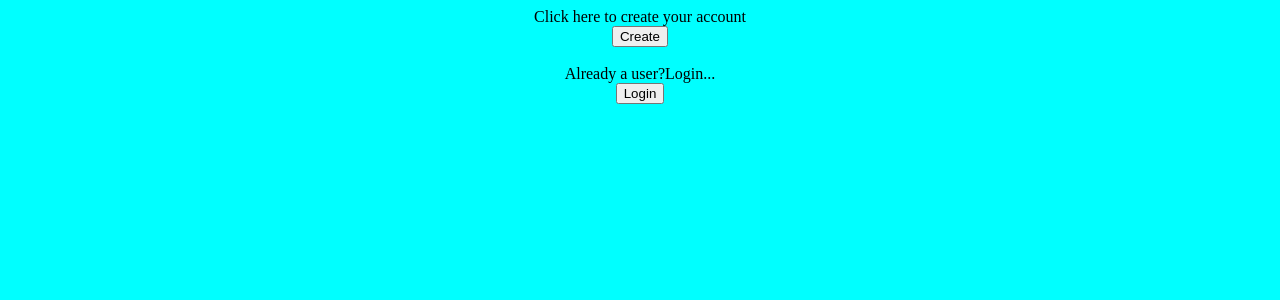
Repository: rosikraj/TurbifyTraining
Page: Wallet/WebContent/button.html
The author's editor kept a copy of each file at every save. The page is drawn from the files as they stood at one save, then again after the next save.
The browser window is 1280 px wide. The pictures show the whole page.

Above is the page before, as saved 2023-09-24 05:39:46.

### Wallet/WebContent/button.html
<!DOCTYPE html>
<html>
<head>
<meta charset="ISO-8859-1">
<title>Insert title here</title>
<script type="text/javascript">
        window.history.forward();
        function noBack() {
            window.history.forward();
        }
    </script>
</head>
<body bgcolor="cyan" text="black">
<center>
<form method="post" action="create.jsp">
Click here to create your account<br>
<input type="submit" name="create" value="Create"><br><br>
</form>
<form method="post" action="login.jsp">
Already a user?Login...<br>
<input type="submit" name="login" value="Login">
</form>
</center>
</body>
</html>

After the next save:
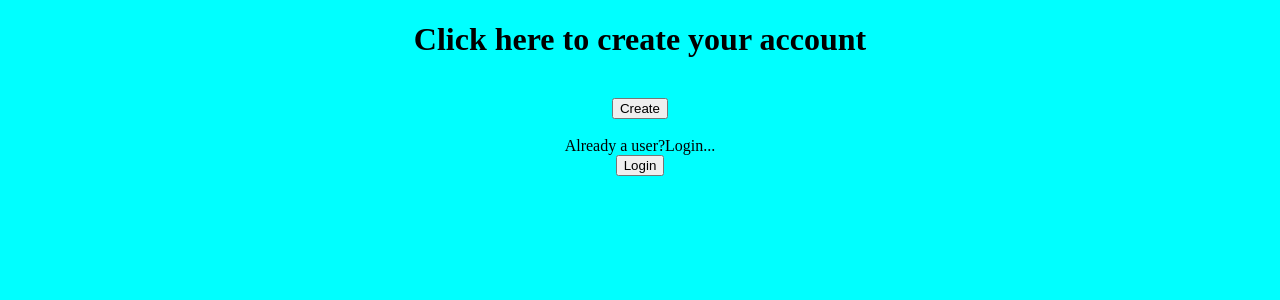
Saved 2 min 35 s later.
--- a/Wallet/WebContent/button.html
+++ b/Wallet/WebContent/button.html
@@ -13,7 +13,7 @@
 <body bgcolor="cyan" text="black">
 <center>
 <form method="post" action="create.jsp">
-Click here to create your account<br>
+<h1>Click here to create your account</h1><br>
 <input type="submit" name="create" value="Create"><br><br>
 </form>
 <form method="post" action="login.jsp">

After the save that followed:
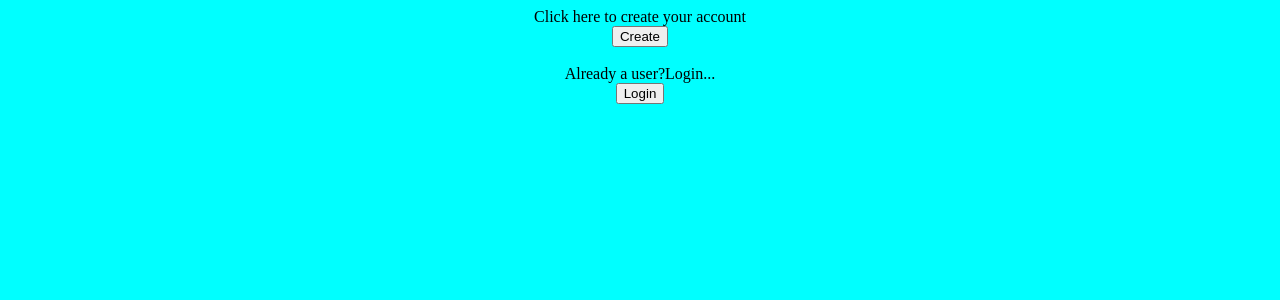
Saved 4 min 59 s later.
--- a/Wallet/WebContent/button.html
+++ b/Wallet/WebContent/button.html
@@ -9,11 +9,16 @@
             window.history.forward();
         }
     </script>
+<style>
+    	form{
+    		align:center;
+    	}
+    </style>
 </head>
 <body bgcolor="cyan" text="black">
 <center>
 <form method="post" action="create.jsp">
-<h1>Click here to create your account</h1><br>
+Click here to create your account<br>
 <input type="submit" name="create" value="Create"><br><br>
 </form>
 <form method="post" action="login.jsp">
